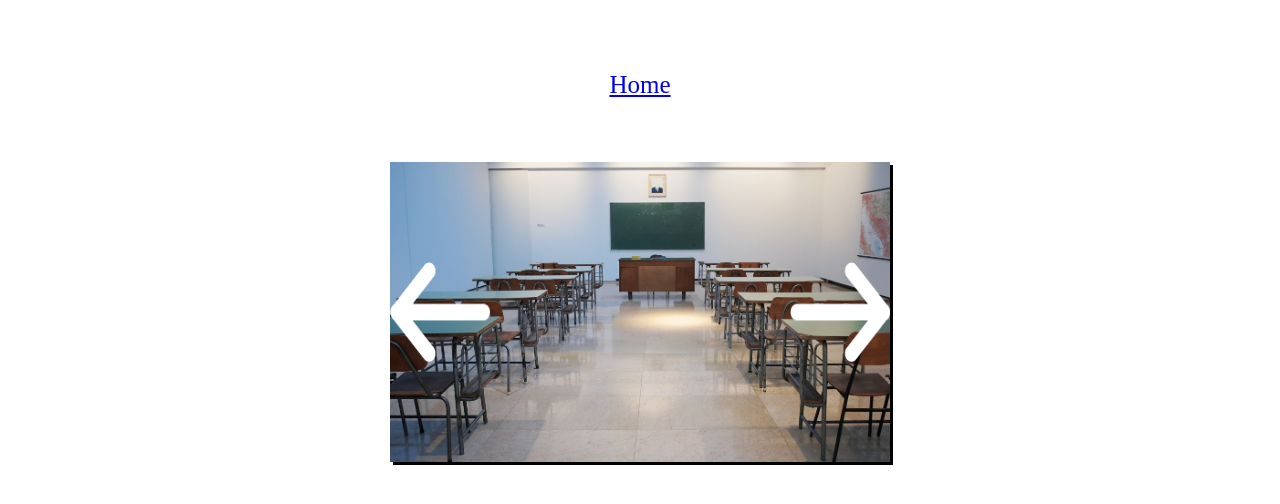
Repository: sierralaurent/Class08-UseEffect
Page: /carouselPage
An editor plug-in stored every save of this project. The page is shown before and after the next save, followed by the edit.
The browser window is 1280 px wide. The pictures show the whole page.
The project was rebuilt for these pictures with package versions that can differ from the ones it lists, and the page was loaded fresh each time. The framework's server and built-in components were replaced by stand-ins that run in the browser. Also part of the build but not shown: next.config.js.

Above is the page before, as saved 2023-02-20 17:11:53.

After the next save:
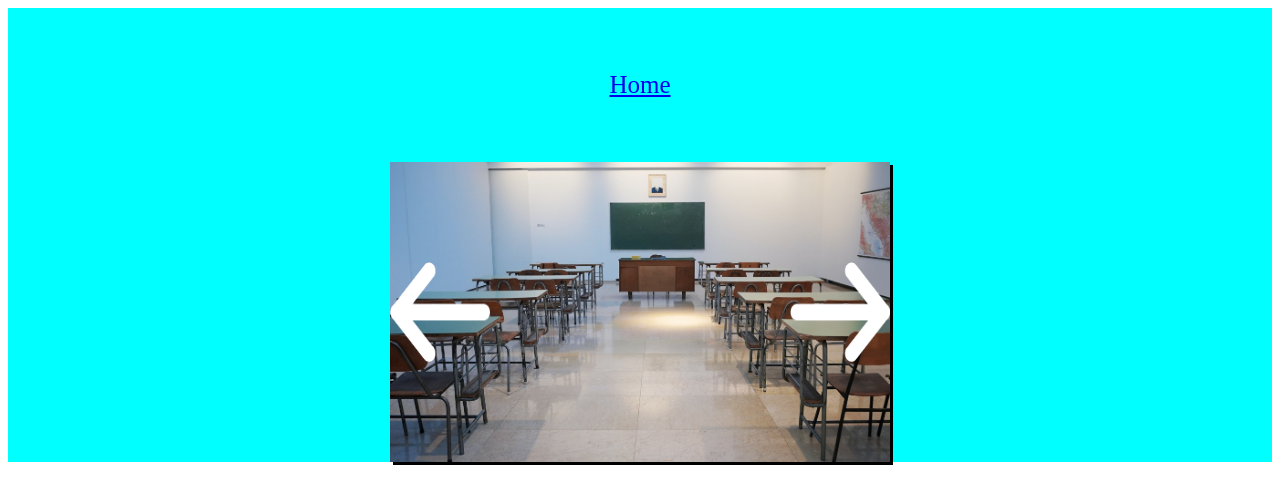
Saved 23 s later.
--- a/styles/CarouselPage.module.css
+++ b/styles/CarouselPage.module.css
@@ -7,3 +7,7 @@
     padding: 5%;
     font-size: 25px;
 }
+
+.body {
+    background-color: aqua;
+}
